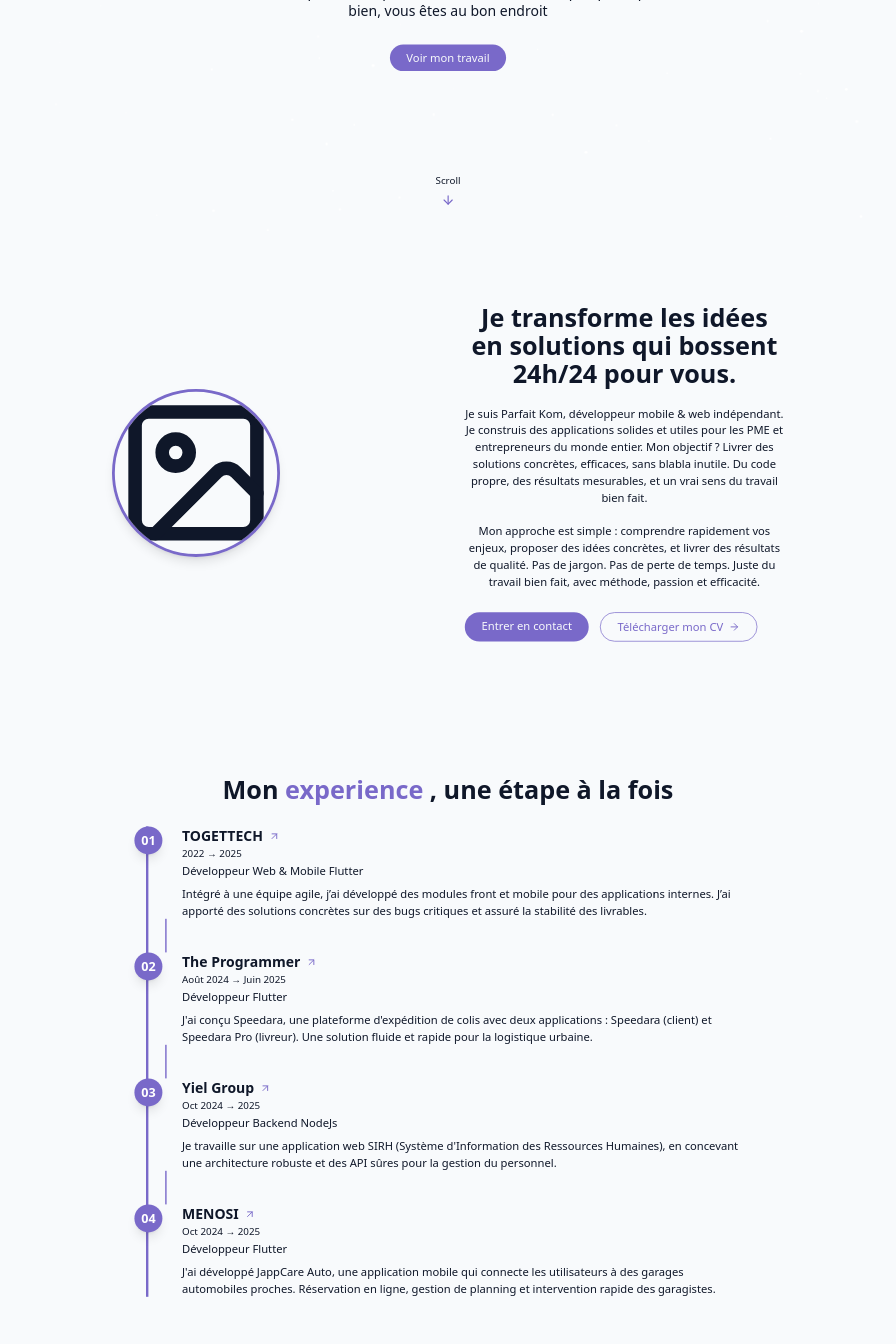
Repository: KOMI18/komi-folio
Page: /
These files come from the project's save history. The page is drawn as it stood at one moment and after a run of saves; the edit follows.
The browser window is 1280 px wide. The pictures show the part of the page from y = 382 to 2302 px (the page is 5485 px tall before and 5995 px after), at 70% of full size.
The project was rebuilt for these pictures with package versions that can differ from the ones it lists, and the page was loaded fresh each time. Also part of the build but not shown: vite.config.js, src/pages/NotFound.jsx.

Above is the page before, as saved 2025-06-27 20:00:34.

After the next 4 saves:
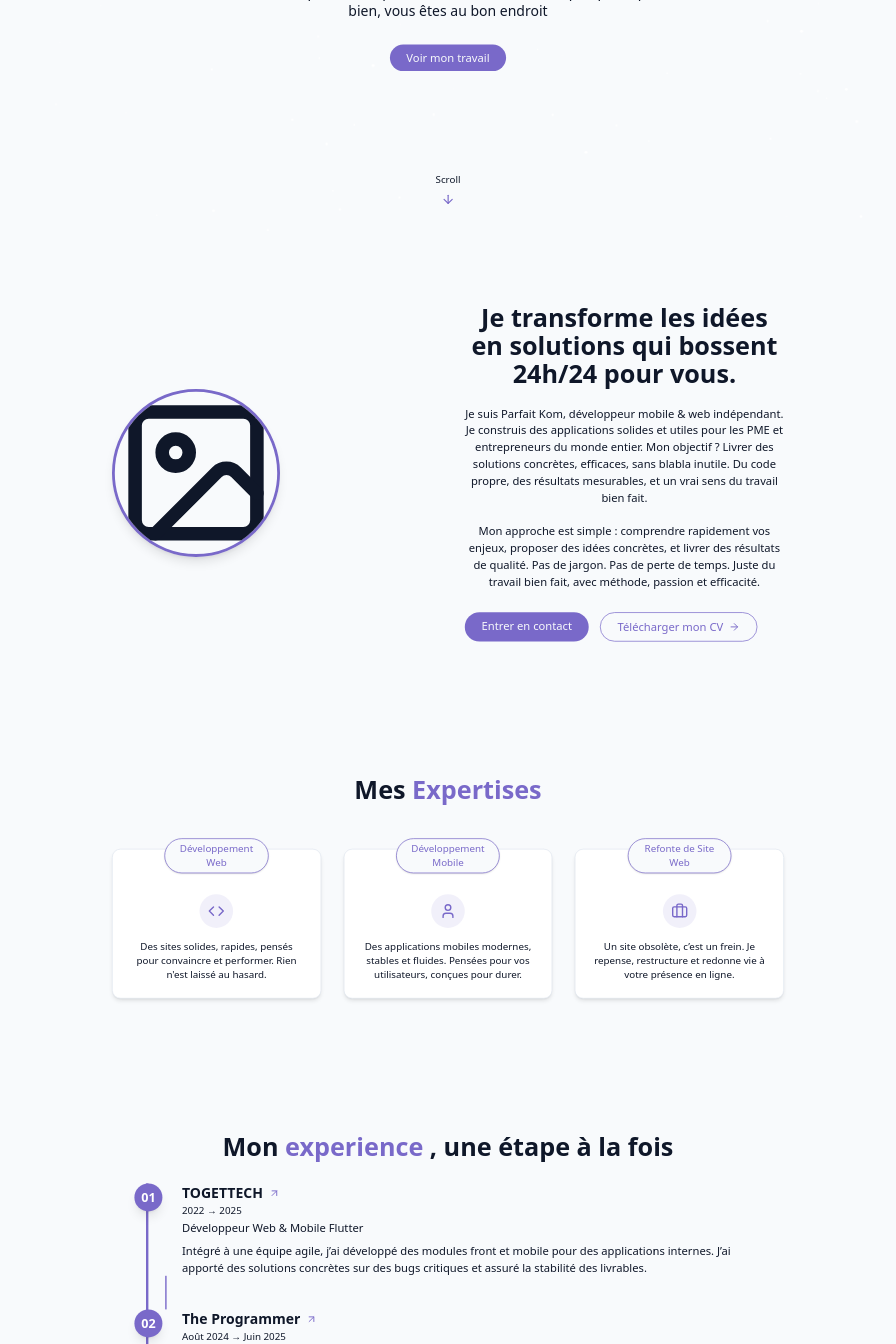
The 4 saves are shown as one change because 2 did not build or start and some came seconds apart.
The last was saved 14 s later.
--- a/src/pages/Home.jsx
+++ b/src/pages/Home.jsx
@@ -23,7 +23,7 @@ export const Home = () => {
       <main>
         <HeroSection />
         <AboutSection />
-
+        <ExpertiseSection/>
         <ExperienceSection/>
         <SkillsSection />
         <ProjectsSection />
